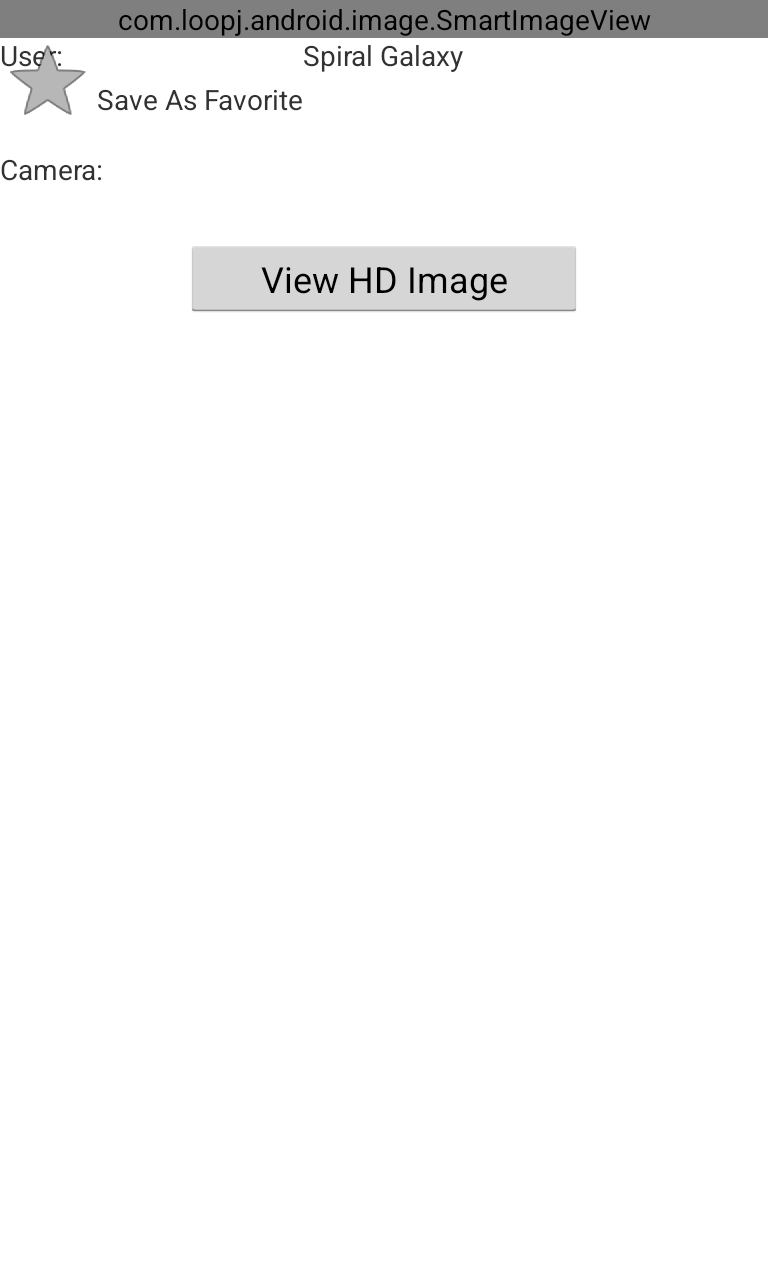
Repository: arianaantonio/Java2_Antonio
Layout: SpaceImageViewer/res/layout/details_activity.xml
The author's editor kept a copy of each file at every save. The layout is drawn from the files as they stood at one save, then again after the next save.
Pictures or frames that could not be fetched are drawn as grey boxes. It is drawn on a 768 x 1280 px phone screen (xhdpi) without system bars, with theme AppTheme; the app's code is not run.

Above is the layout before, as saved 2014-07-17 05:04:58.

After the next save:
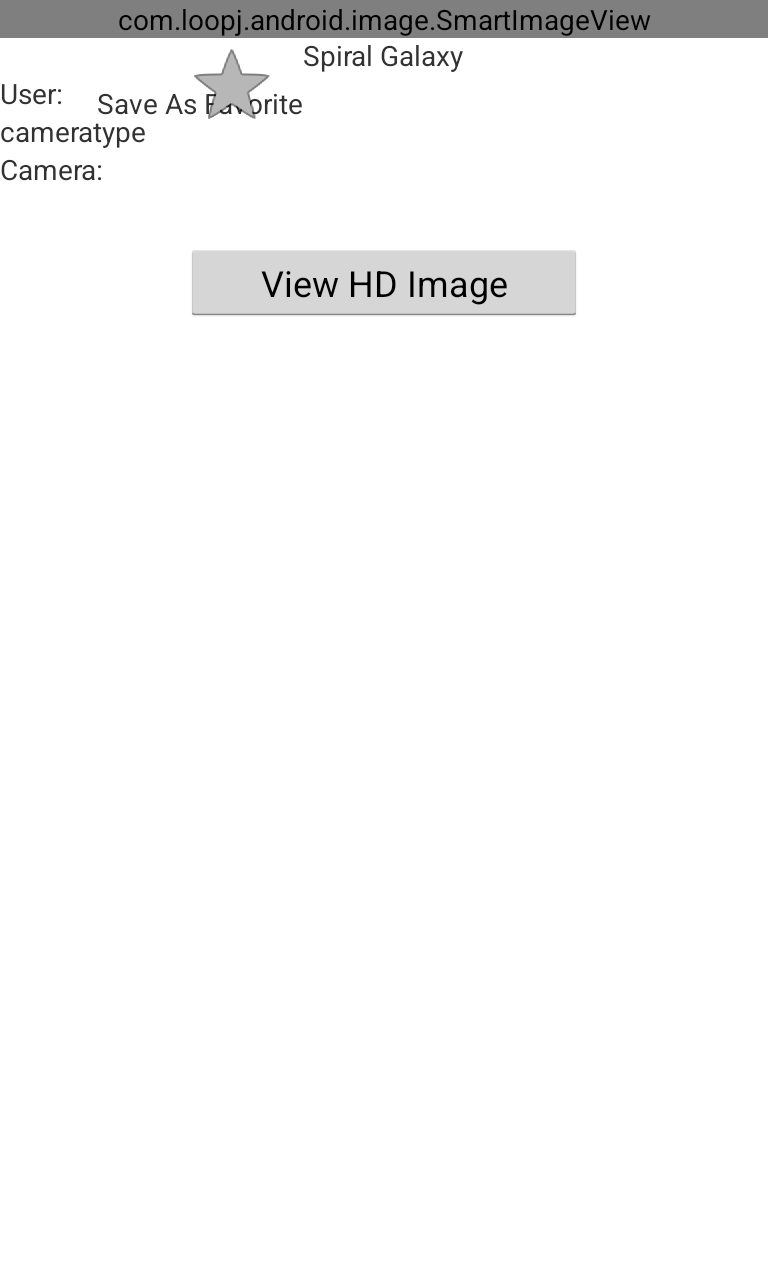
Saved 93 s later.
--- a/SpaceImageViewer/res/layout/details_activity.xml
+++ b/SpaceImageViewer/res/layout/details_activity.xml
@@ -16,6 +16,14 @@
     	android:layout_width="match_parent"
     	android:layout_height="match_parent"
     	android:orientation="vertical">
+
+    <TextView
+        android:id="@+id/userName"
+        android:layout_width="wrap_content"
+        android:layout_height="wrap_content"
+        android:layout_marginLeft="18dp"
+        android:text="username" />
+
     <TextView
         android:id="@+id/user"
         android:layout_width="wrap_content"
@@ -24,17 +32,10 @@
         android:text="@string/userString" />
 
     <TextView
-        android:id="@+id/userName"
-        android:layout_width="wrap_content"
-        android:layout_height="wrap_content"
-        android:layout_marginLeft="18dp"
-        android:text="" />
-
-    <TextView
         android:id="@+id/cameraType"
         android:layout_width="wrap_content"
         android:layout_height="wrap_content"
-        android:text="" />
+        android:text="cameratype" />
 
     <TextView
         android:id="@+id/camera"
@@ -53,15 +54,6 @@
         android:text="@string/HDbutton"
         android:width="200dp" />
 
-    <RatingBar
-        android:id="@+id/ratingBar"
-        android:layout_width="wrap_content"
-        android:layout_height="wrap_content"
-        android:layout_marginTop="16dp"
-        android:numStars="1"
-        android:rating="0.0"
-        android:stepSize="1.0" />
-
     <TextView
         android:id="@+id/textView1"
         android:layout_width="wrap_content"
@@ -76,4 +68,14 @@
     android:layout_height="wrap_content"
     android:visibility="visible" />
 
+    <RatingBar
+        android:id="@+id/ratingBar"
+        android:layout_width="wrap_content"
+        android:layout_height="wrap_content"
+        android:layout_alignLeft="@+id/button1"
+        android:layout_alignTop="@+id/title"
+        android:numStars="1"
+        android:rating="0.0"
+        android:stepSize="1.0" />
+
 </RelativeLayout>
